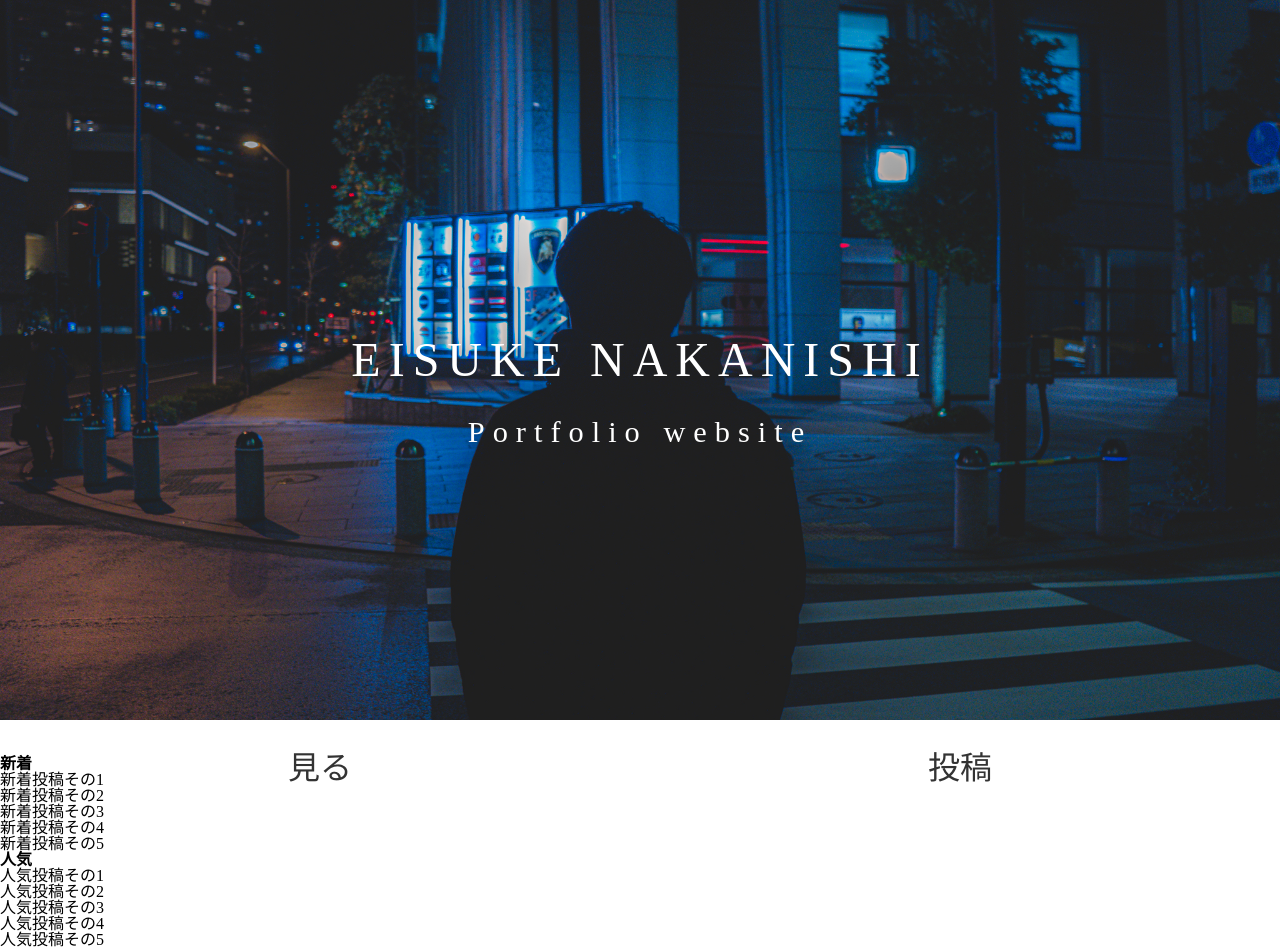
Repository: KustomApe/LandorusInc
Page: index.html
The author's editor kept a copy of each file at every save. The page is drawn from the files as they stood at one save, then again after the next save.
The browser window is 1280 px wide. The pictures show the whole page.

Above is the page before, as saved 2021-07-24 13:08:45.

### index.html
<!DOCTYPE html>
<html lang="ja">
<head>
    <meta charset="UTF-8">
    <meta http-equiv="X-UA-Compatible" content="IE=edge">
    <meta name="viewport" content="width=device-width, initial-scale=1.0">
    <title>掲示板</title>
    <link rel="stylesheet" href="./assets/css/html5doctor.css">
    <link rel="stylesheet" href="./assets/css/style.css">
</head>
<body>
<div id="wrap">
    <div id="main_img">
        <h1>EISUKE NAKANISHI</h1>
        <h2>Portfolio website</h2>
    </div>
    <div class="contents">
        <ul id="main_btn">
            <li>見る</li>
            <li>投稿</li>
        </ul>
        <h2>新着</h2>
        <ul>
            <li>新着投稿その1</li>
            <li>新着投稿その2</li>
            <li>新着投稿その3</li>
            <li>新着投稿その4</li>
            <li>新着投稿その5</li>
        </ul>
        <h2>人気</h2>
        <ul>
            <li>人気投稿その1</li>
            <li>人気投稿その2</li>
            <li>人気投稿その3</li>
            <li>人気投稿その4</li>
            <li>人気投稿その5</li>
        </ul>
    </div>
</div>
</body>
</html>

### assets/css/html5doctor.css
html, body, div, span, object, iframe,
h1, h2, h3, h4, h5, h6, p, blockquote, pre,
abbr, address, cite, code,
del, dfn, em, img, ins, kbd, q, samp,
small, strong, sub, sup, var,
b, i,
dl, dt, dd, ol, ul, li,
fieldset, form, label, legend,
table, caption, tbody, tfoot, thead, tr, th, td,
article, aside, canvas, details, figcaption, figure,
footer, header, hgroup, menu, nav, section, summary,
time, mark, audio, video {
    margin:0;
    padding:0;
    border:0;
    outline:0;
    font-size:100%;
    vertical-align:baseline;
    background:transparent;
}

body {
    line-height:1;
}

article,aside,details,figcaption,figure,
footer,header,hgroup,menu,nav,section {
    display:block;
}

nav ul {
    list-style:none;
}

blockquote, q {
    quotes:none;
}

blockquote:before, blockquote:after,
q:before, q:after {
    content:'';
    content:none;
}

a {
    margin:0;
    padding:0;
    font-size:100%;
    vertical-align:baseline;
    background:transparent;
}

/* change colours to suit your needs */
ins {
    background-color:#ff9;
    color:#000;
    text-decoration:none;
}

/* change colours to suit your needs */
mark {
    background-color:#ff9;
    color:#000;
    font-style:italic;
    font-weight:bold;
}

del {
    text-decoration: line-through;
}

abbr[title], dfn[title] {
    border-bottom:1px dotted;
    cursor:help;
}

table {
    border-collapse:collapse;
    border-spacing:0;
}

/* change border colour to suit your needs */
hr {
    display:block;
    height:1px;
    border:0;
    border-top:1px solid #cccccc;
    margin:1em 0;
    padding:0;
}

input, select {
    vertical-align:middle;
}

### assets/css/style.css
@charset "utf-8";

body {
    width: 100%;
    max-width: 1920px;
}

div#main_img {
    position: relative;
    display: block;
    width: 100%;
    height: 100vh;
    background: url('../img/main.jpg');
    background-size: cover;
}

div#main_img h1 {
    position: absolute;
    top: 50%;
    left: 50%;
    transform: translate(-50%, -50%);
    -webkit-transform: translate(-50%, -50%);
    -ms-transform: translate(-50%, -50%);
    color: #fff;
    font-size: 3rem;
    font-weight: lighter;
    letter-spacing: 0.5rem;
}

div#main_img h2 {
    position: absolute;
    top: 60%;
    left: 50%;
    transform: translate(-50%, -50%);
    -webkit-transform: translate(-50%, -50%);
    -ms-transform: translate(-50%, -50%);
    color: #fff;
    font-size: 1.9rem;
    font-weight: lighter;
    letter-spacing: 0.5rem;
}

div.contents {
    width: 100%;
}

div.contents ul#main_btn {
    list-style: none;
    display: flex;
    width: 100%;
    height: 5vh;
}

div.contents ul#main_btn li {
    display: block;
    margin: 2rem auto;
    font-size: 2rem;
    color: #333;
}

After the next save:
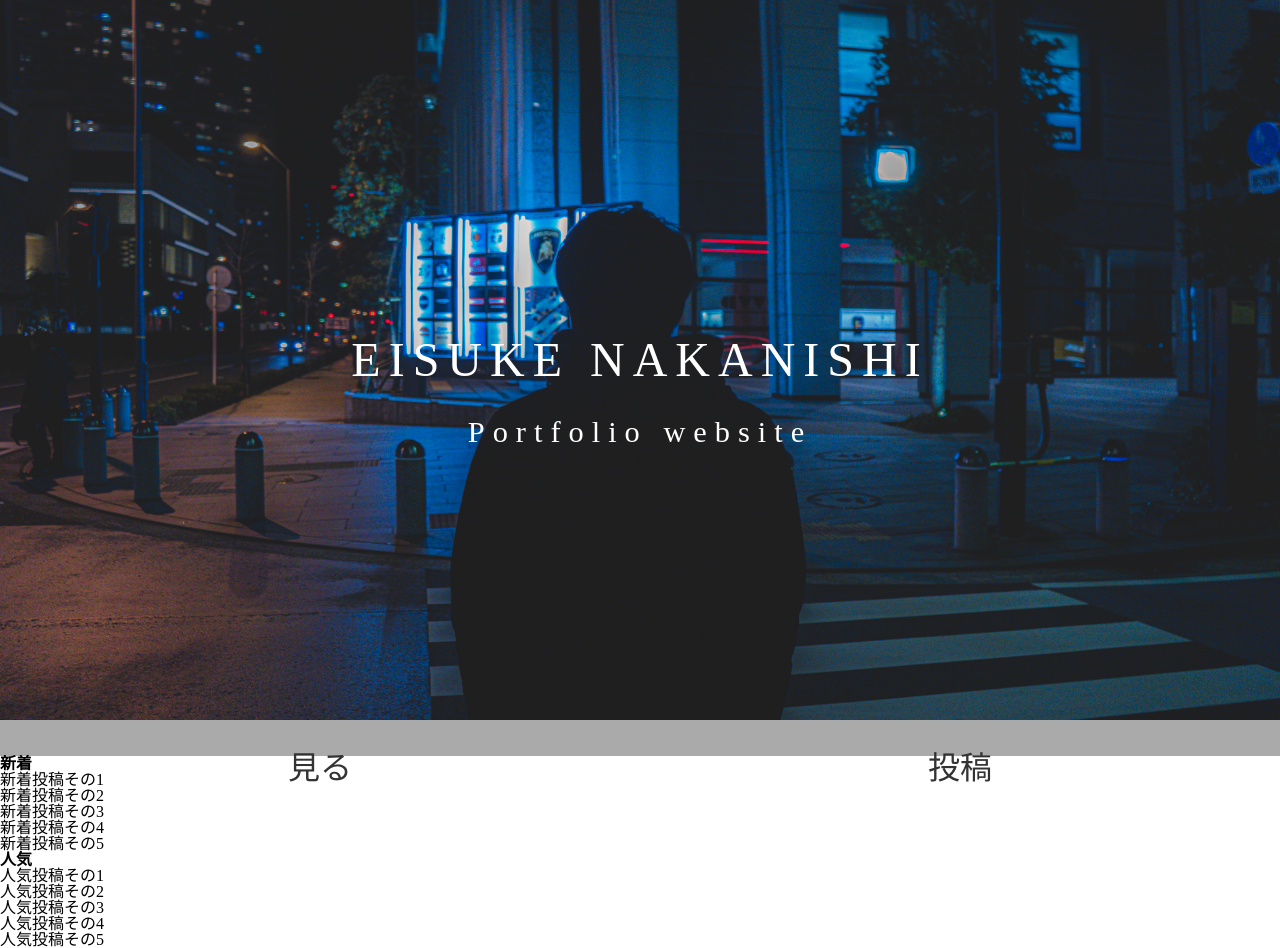
Saved 4 s later.
--- a/assets/css/style.css
+++ b/assets/css/style.css
@@ -49,6 +49,8 @@ div.contents ul#main_btn {
     display: flex;
     width: 100%;
     height: 5vh;
+    background: #aaa;
+
 }
 
 div.contents ul#main_btn li {
@@ -56,4 +58,5 @@ div.contents ul#main_btn li {
     margin: 2rem auto;
     font-size: 2rem;
     color: #333;
+    background: #aaa;
 }
